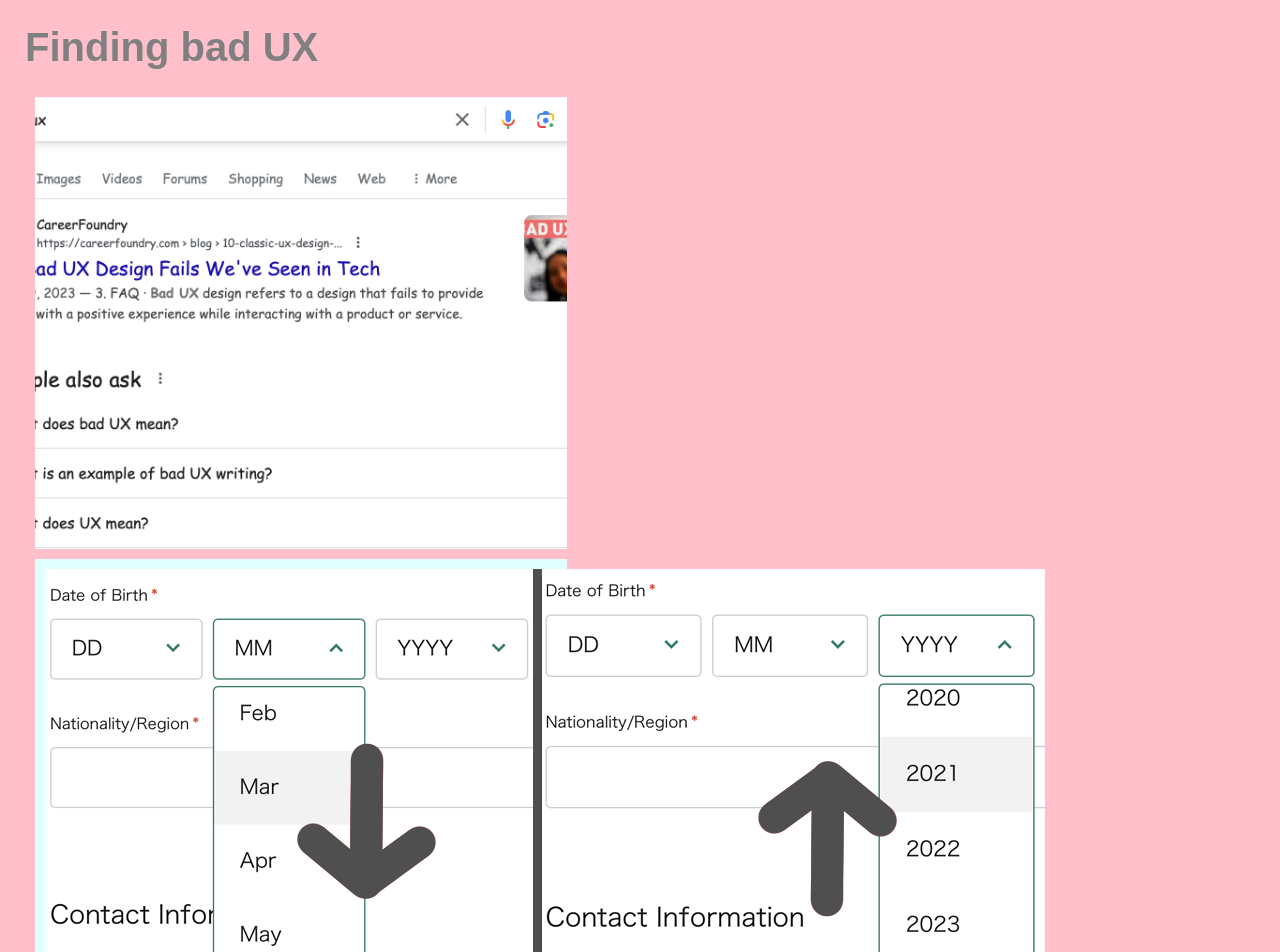
Repository: j1s00jang/MDIA-2109
Page: index.html
An editor plug-in stored every save of this project. The page is shown before and after the next save, followed by the edit.
The browser window is 1280 px wide. The pictures show the part of the page from y = 0 to 952 px (the page is 1508 px tall).
A picture or video elsewhere on the page could not be fetched, so the positions and the page height are approximate.

Above is the page before, as saved 2025-02-24 12:14:29.

### index.html
<html>
    <head>
        <!-- Metadata belongs in the head of your document -->
         <title>Jisoo's finding bad ux</title>
         <meta charset="UTF-8" />
         <link rel="stylesheet" href="css/styles.css">
    </head>
    <body>
        <main>
            <h1 class="title">Finding bad UX</h1>

            <div class="first">
                <img src="css/first.png" alt="google ux" class="first_photo"><p>As soon as you google "Bad UX", it changes to comic sans font!</p>
            </div>

            <div class="second">
                <img src="css/second.png" alt="confirm button in red"><p>You filled up long survey took 30 minutes, and go back button was in blue, confirm button was red.</p>
            </div>

            <div class="third">
                <img src="css/third.jpeg" alt="iphone's recents calling list"><p>After you hung up, you accidentally press one of the recent call</p>
            </div>
        </main>
    </body>
</html>

### css/styles.css


html {
    font-family: "Futura", sans-serif;
    font-size: 1.25em;
    background-color: pink;
    padding: 1.25em;
    color:palevioletred;
}

body {
    margin: 0;
}

.title {
    font-size: 2em;
    color: grey;
}


.first,
.second,
.third {
    position: relative;
    width: 40vw;
    height: 60vh;
}


.first {
    background-color: whitesmoke;
    padding: 10px;
    margin: 10px;
    color: brown;
    font-size: 1.5em;
}


.first_photo {
    position: absolute;
    top: 0;
    left: 0;
    width: 100%;
    height: 100%;
    object-fit: cover;
    opacity: 1;
}

.second {
    background-color: lightcyan;
    padding: 10px;
    margin: 10px;
    color: teal;
    font-size: 1.5em;
}

.third {
    background-color: lightyellow;
    padding: 10px;
    margin: 10px;
    color: darkgoldenrod;
    font-size: 1.5em;
}

After the next save:
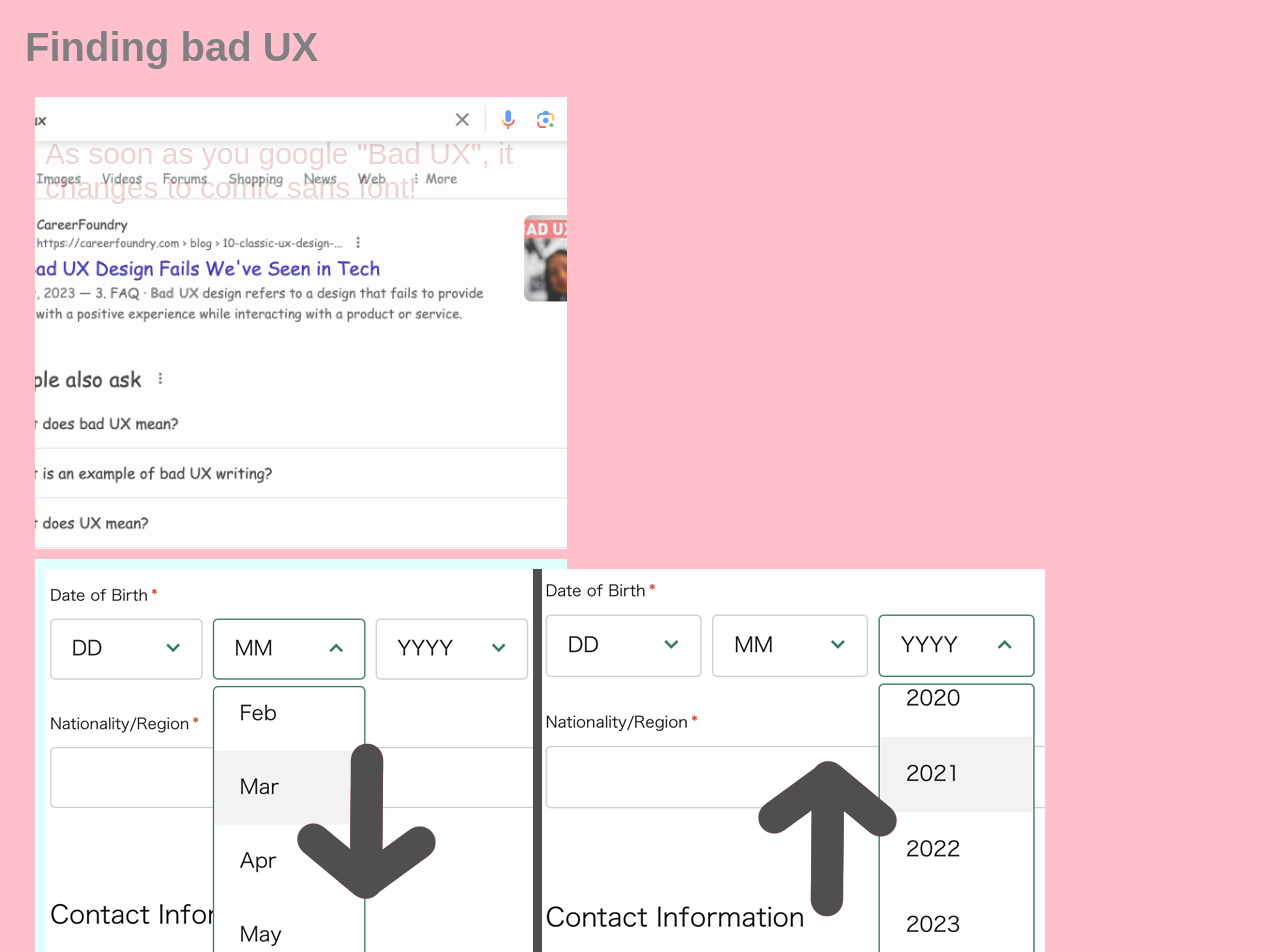
Saved 8 s later.
--- a/css/styles.css
+++ b/css/styles.css
@@ -43,7 +43,7 @@ body {
     width: 100%;
     height: 100%;
     object-fit: cover;
-    opacity: 1;
+    opacity: 0.8;
 }
 
 .second {
